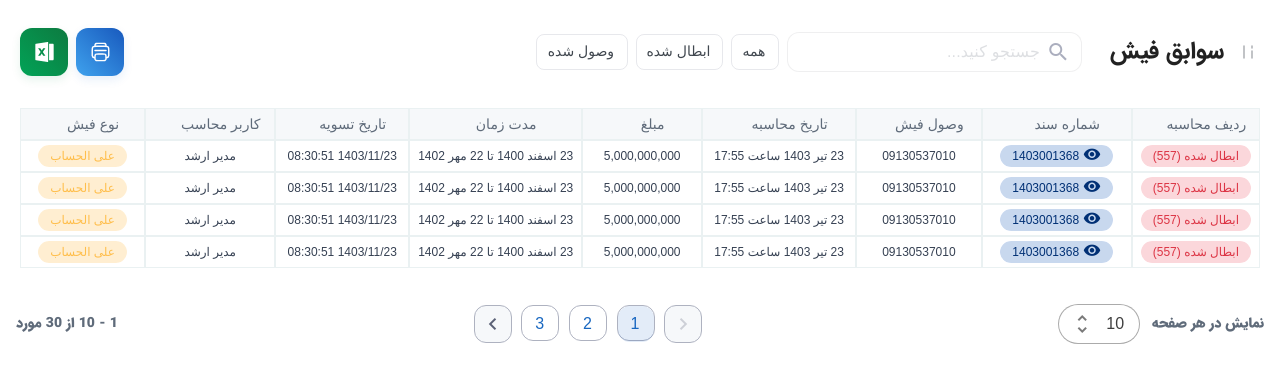
Repository: mobinazarein/data-table
Page: /
An editor plug-in stored every save of this project. The page is shown before and after the next save, followed by the edit.
The browser window is 1280 px wide. The pictures show the whole page.
Some web fonts or font styles are not loaded; a fallback is used. The project was rebuilt for these pictures with package versions that can differ from the ones it lists, and the page was loaded fresh each time. Also part of the build but not shown: vue.config.js.

Above is the page before, as saved 2025-03-26 10:14:21.

### public/index.html
<!DOCTYPE html>
<html lang="en" dir="rtl">
  <head>
    <meta charset="utf-8">
    <meta http-equiv="X-UA-Compatible" content="IE=edge">
    <meta name="viewport" content="width=device-width,initial-scale=1.0">
    <link rel="icon" href="<%= BASE_URL %>favicon.ico">
    <title><%= htmlWebpackPlugin.options.title %></title>
  </head>
  <body>
    <noscript>
      <strong>We're sorry but <%= htmlWebpackPlugin.options.title %> doesn't
        work properly without JavaScript enabled. Please enable it to
        continue.</strong>
    </noscript>
    <div id="app"></div>
    <!-- built files will be auto injected -->
  </body>
</html>

### src/App.vue
<template>
  <v-app dir="rtl">
    <v-locale-provider :rtl="true">
      <div dir="rtl">
        <DataTable :headers="pageData.headers" :items="pageData.items" :showExportButtons="true" :itemsPerPage="20"
          :showSearchBtn="true" :items-per-page="10" :customStyles="[
            { key: 'row', bgColor: '#FFEEF0', textColor: '#DC3545' },
            { key: 'documentNumber', bgColor: '#E4EFFF', textColor: '#013075', icon: 'mdi-eye', iconColor: '#013075', iconSize: '18px' },
            { key: 'receiptType', bgColor: '#FFBE4C26', textColor: '#FFBE4C' }
          ]" title="سوابق فیش" :iconComponent="PauseIcon"
          :iconList="[PaginationIcon, EyeIcon, InvoiceIcon, CircleCross, FilterIcon]" />
      </div>
    </v-locale-provider>
  </v-app>
</template>

<script setup>
import DataTable from './components/DataTable.vue';
import PauseIcon from './assets/Icons/PauseIcon.vue'
import { ref } from 'vue';
const pageData = ref({
  headers: [
    { title: 'ردیف محاسبه', key: 'row', align: 'center', sortable: true, width: '121px' },
    { title: 'شماره سند', key: 'documentNumber', align: 'center', sortable: true, width: '165px' },
    { title: 'وصول فیش', key: 'receiptStatus', align: 'center', sortable: true, width: '139px' },
    { title: 'تاریخ محاسبه', key: 'calculationDate', align: 'center', sortable: true, width: '159px' },
    { title: 'مبلغ', key: 'amount', align: 'center', sortable: true, width: '139px' },
    { title: 'مدت زمان', key: 'duration', align: 'center', sortable: true, width: '165px' },
    { title: 'تاریخ تسویه', key: 'settlementDate', align: 'center', sortable: true, width: '139px' },
    { title: 'کاربر محاسب', key: 'user', align: 'center', sortable: true, width: '139px' },
    { title: 'نوع فیش', key: 'receiptType', align: 'center', sortable: true, width: '139px' }
  ],
  items: [
    {
      row: 'ابطال شده (557)',
      documentNumber: '1403001368',
      receiptStatus: '09130537010',
      calculationDate: '23 تیر 1403 ساعت 17:55',
      amount: '5,000,000,000',
      duration: '23 اسفند 1400 تا 22 مهر 1402',
      settlementDate: '1403/11/23 08:30:51',
      user: 'مدیر ارشد',
      receiptType: 'علی الحساب'
    },
    {
      row: 'ابطال شده (557)',
      documentNumber: '1403001368',
      receiptStatus: '09130537010',
      calculationDate: '23 تیر 1403 ساعت 17:55',
      amount: '5,000,000,000',
      duration: '23 اسفند 1400 تا 22 مهر 1402',
      settlementDate: '1403/11/23 08:30:51',
      user: 'مدیر ارشد',
      receiptType: 'علی الحساب'
    },
    {
      row: 'ابطال شده (557)',
      documentNumber: '1403001368',
      receiptStatus: '09130537010',
      calculationDate: '23 تیر 1403 ساعت 17:55',
      amount: '5,000,000,000',
      duration: '23 اسفند 1400 تا 22 مهر 1402',
      settlementDate: '1403/11/23 08:30:51',
      user: 'مدیر ارشد',
      receiptType: 'علی الحساب'
    }, {
      row: 'ابطال شده (557)',
      documentNumber: '1403001368',
      receiptStatus: '09130537010',
      calculationDate: '23 تیر 1403 ساعت 17:55',
      amount: '5,000,000,000',
      duration: '23 اسفند 1400 تا 22 مهر 1402',
      settlementDate: '1403/11/23 08:30:51',
      user: 'مدیر ارشد',
      receiptType: 'علی الحساب'
    }
  ]
}).value;
</script>
<style>
body {
  font-family: "IRANSans", sans-serif;
}
</style>

### src/assets/base.scss
// @import "./styles/fonts";

*,
*::before,
*::after {
  box-sizing: border-box;
  margin: 0;
  font-weight: normal;
  font-family: "IRANSans", sans-serif;
  letter-spacing: 0;
}

body {
  font-family: "IRANSans", sans-serif !important;
}
h1,
h2 {
  font-family: "IRANSans", sans-serif;
  font-weight: 700;
}
p {
  font-family: "IRANSans", sans-serif;
  font-weight: 400;
}

### src/assets/Icons/PauseIcon.vue
<template>
    <svg width="24" height="24" viewBox="0 0 24 24" fill="none" xmlns="http://www.w3.org/2000/svg">
        <path d="M8 6V18M16 6V8M16 18V11" stroke="#ADB0B4" stroke-width="1.5" stroke-linecap="round"
            stroke-linejoin="round" />
    </svg>
</template>

### src/assets/styles/_fonts.scss
@font-face {
  font-family: "IRANSans";
  src: url("/public/fonts/IRANSans.woff2") format("woff2");
  font-weight: 400;
  font-style: normal;
  font-display: swap;
}

@font-face {
  font-family: "IRANSans";
  src: url("/public/fonts/IRANSans_Black.woff2") format("woff2");
  font-weight: 500;
  font-style: normal;
  font-display: swap;
}

@font-face {
  font-family: "IRANSans";
  src: url("/public/fonts/IRANSans_Bold.woff2") format("woff2");
  font-weight: 800;
  font-style: normal;
  font-display: swap;
}

### src/assets/Icons/PaginationIcon.vue
<template>
    <svg width="36" height="48" viewBox="0 0 36 48" fill="none" xmlns="http://www.w3.org/2000/svg">
<path d="M9.79481 19.4529V28.5469M9.79481 28.5469L14.3418 23.9999M9.79481 28.5469L5.2478 23.9999" stroke="#969CA6" stroke-width="1.29915" stroke-linecap="round" stroke-linejoin="round"/>
<path d="M16.7693 28.9231H21.6924V27.282H16.7693V28.9231ZM16.7693 19.0769V20.7179H31.5385V19.0769H16.7693ZM16.7693 24.8205H26.6154V23.1795H16.7693V24.8205Z" fill="#969CA6"/>
</svg>
</template>

### src/assets/Icons/EyeIcon.vue
<template>
    <svg width="37" height="48" viewBox="0 0 37 48" fill="none" xmlns="http://www.w3.org/2000/svg">
<path d="M18.5 17.5833C21.4713 17.5833 24.0781 19.7396 25.7446 21.5522C26.4843 22.3568 26.8542 22.7591 26.979 23.5925C27.0096 23.7966 27.0096 24.2033 26.979 24.4073C26.8542 25.2407 26.4843 25.643 25.7446 26.4477C24.0781 28.2603 21.4713 30.4166 18.5 30.4166C15.5288 30.4166 12.922 28.2603 11.2555 26.4477C10.5158 25.643 10.1459 25.2407 10.0211 24.4073C9.99049 24.2033 9.99049 23.7966 10.0211 23.5925C10.1459 22.7591 10.5158 22.3568 11.2555 21.5522C12.922 19.7396 15.5288 17.5833 18.5 17.5833Z" stroke="#969CA6" stroke-width="1.375" stroke-linejoin="round"/>
<path d="M21.25 24C21.25 25.5188 20.0188 26.75 18.5 26.75C16.9812 26.75 15.75 25.5188 15.75 24C15.75 22.4812 16.9812 21.25 18.5 21.25C20.0188 21.25 21.25 22.4812 21.25 24Z" stroke="#969CA6" stroke-width="1.375" stroke-linejoin="round"/>
</svg>
</template>

### src/assets/Icons/InvoiceIcon.vue
<template>
    <svg width="35" height="48" viewBox="0 0 35 48" fill="none" xmlns="http://www.w3.org/2000/svg">
<path d="M26.6666 26.1999H23.9166V27.2999H26.6666V26.1999ZM23.9166 26.1999H23.4583V27.2999H23.9166V26.1999ZM23.4583 30.0499H24.375V28.9499H23.4583V30.0499ZM24.375 31.6999H23.9166V32.7999H24.375V31.6999ZM23.9166 31.6999H21.1666V32.7999H23.9166V31.6999ZM25.2 30.8749C25.2 31.3306 24.8306 31.6999 24.375 31.6999V32.7999C25.4381 32.7999 26.3 31.9381 26.3 30.8749H25.2ZM24.375 30.0499C24.8306 30.0499 25.2 30.4193 25.2 30.8749H26.3C26.3 29.8118 25.4381 28.9499 24.375 28.9499V30.0499ZM21.5333 28.1249C21.5333 29.1881 22.3951 30.0499 23.4583 30.0499V28.9499C23.0027 28.9499 22.6333 28.5806 22.6333 28.1249H21.5333ZM23.4583 26.1999C22.3951 26.1999 21.5333 27.0618 21.5333 28.1249H22.6333C22.6333 27.6693 23.0027 27.2999 23.4583 27.2999V26.1999ZM24.4666 26.7499V24.9166H23.3666V26.7499H24.4666ZM23.3666 32.2499V34.0833H24.4666V32.2499H23.3666ZM13.8333 15.3833H21.1666V14.2833H13.8333V15.3833ZM19.3333 32.6166H13.8333V33.7166H19.3333V32.6166ZM10.7166 29.4999V18.4999H9.61663V29.4999H10.7166ZM13.8333 32.6166C12.9535 32.6166 12.349 32.6154 11.8949 32.5544C11.4567 32.4954 11.2418 32.39 11.0925 32.2407L10.3147 33.0185C10.7024 33.4062 11.1881 33.5692 11.7483 33.6446C12.2928 33.7178 12.9846 33.7166 13.8333 33.7166V32.6166ZM9.61663 29.4999C9.61663 30.3486 9.61546 31.0405 9.68865 31.5849C9.76397 32.1451 9.92698 32.6308 10.3147 33.0185L11.0925 32.2407C10.9432 32.0914 10.8378 31.8766 10.7788 31.4383C10.7178 30.9842 10.7166 30.3797 10.7166 29.4999H9.61663ZM21.1666 15.3833C22.0464 15.3833 22.6509 15.3844 23.105 15.4455C23.5433 15.5044 23.7582 15.6099 23.9074 15.7591L24.6852 14.9813C24.2975 14.5936 23.8118 14.4306 23.2516 14.3553C22.7072 14.2821 22.0153 14.2833 21.1666 14.2833V15.3833ZM25.3833 18.4999C25.3833 17.6512 25.3845 16.9594 25.3113 16.415C25.2359 15.8547 25.0729 15.369 24.6852 14.9813L23.9074 15.7591C24.0567 15.9084 24.1622 16.1233 24.2211 16.5615C24.2821 17.0156 24.2833 17.6201 24.2833 18.4999H25.3833ZM13.8333 14.2833C12.9846 14.2833 12.2928 14.2821 11.7483 14.3553C11.1881 14.4306 10.7024 14.5936 10.3147 14.9813L11.0925 15.7591C11.2418 15.6099 11.4567 15.5044 11.8949 15.4455C12.349 15.3844 12.9535 15.3833 13.8333 15.3833V14.2833ZM10.7166 18.4999C10.7166 17.6201 10.7178 17.0156 10.7788 16.5615C10.8378 16.1233 10.9432 15.9084 11.0925 15.7591L10.3147 14.9813C9.92698 15.369 9.76397 15.8547 9.68865 16.415C9.61546 16.9594 9.61663 17.6512 9.61663 18.4999H10.7166ZM24.2833 18.4999V23.0833H25.3833V18.4999H24.2833ZM12.9166 19.0499H20.25V17.9499H12.9166V19.0499ZM12.9166 22.7166H20.25V21.6166H12.9166V22.7166ZM12.9166 26.3833H18.4166V25.2833H12.9166V26.3833Z" fill="#969CA6"/>
</svg>
</template>

### src/assets/Icons/CircleCross.vue
<template>
    <svg width="22" height="22" viewBox="0 0 21 20" fill="none" xmlns="http://www.w3.org/2000/svg">
        <path
            d="M7.90736 7.40719L13.0928 12.5926M13.0927 7.40719L7.90726 12.5926M19.6667 9.99992C19.6667 15.0625 15.5627 19.1666 10.5 19.1666C5.43743 19.1666 1.33337 15.0625 1.33337 9.99992C1.33337 4.93731 5.43743 0.833252 10.5 0.833252C15.5627 0.833252 19.6667 4.93731 19.6667 9.99992Z"
            stroke="#969CA6" stroke-width="1.1" />
    </svg>
</template>

### src/assets/Icons/FilterIcon.vue
<template>
    <svg width="20" height="20" viewBox="0 0 20 20" fill="none" xmlns="http://www.w3.org/2000/svg">
<path d="M5.90159 5.07682H14.1067L9.99595 10.246L5.90159 5.07682ZM3.64518 4.75682C5.30262 6.88194 8.36313 10.8204 8.36313 10.8204V15.7435C8.36313 16.1948 8.73236 16.564 9.18364 16.564H10.8247C11.276 16.564 11.6452 16.1948 11.6452 15.7435V10.8204C11.6452 10.8204 14.6975 6.88194 16.3549 4.75682C16.7734 4.21528 16.3877 3.43579 15.7067 3.43579H4.29339C3.61236 3.43579 3.22672 4.21528 3.64518 4.75682Z" fill="#969CA6"/>
</svg>
</template>

### src/assets/Icons/PrinterIcon.vue
<template>
    <svg
      width="23"
      height="24"
      viewBox="0 0 23 24"
      fill="none"
      xmlns="http://www.w3.org/2000/svg"
      :style="{ color: iconColor }"
    >
      <path
        d="M6 10.5641H17M6 17.7447V17.7447C5.66891 17.7447 5.50337 17.7447 5.36418 17.7283C4.26359 17.599 3.39569 16.7311 3.26636 15.6305C3.25 15.4913 3.25 15.3257 3.25 14.9947V10.5641C3.25 8.76909 3.25 7.87158 3.70712 7.24241C3.85475 7.03921 4.03345 6.86052 4.23664 6.71289C4.86582 6.25577 5.76332 6.25577 7.55833 6.25577H15.4417C17.2367 6.25577 18.1342 6.25577 18.7634 6.71289C18.9666 6.86052 19.1452 7.03921 19.2929 7.24241C19.75 7.87158 19.75 8.76909 19.75 10.5641V14.9947C19.75 15.3257 19.75 15.4913 19.7336 15.6305C19.6043 16.7311 18.7364 17.599 17.6358 17.7283C17.4966 17.7447 17.3311 17.7447 17 17.7447V17.7447M6 17.7447V17.7447C6 18.6368 6 19.0829 6.14576 19.4348C6.3401 19.904 6.71286 20.2768 7.18205 20.4711C7.53393 20.6169 7.98003 20.6169 8.87222 20.6169H14.1278C15.02 20.6169 15.4661 20.6169 15.818 20.4711C16.2871 20.2768 16.6599 19.904 16.8542 19.4348C17 19.0829 17 18.6368 17 17.7447V17.7447M6 17.7447V17.3617C6 15.9257 6 15.2077 6.3657 14.7043C6.4838 14.5418 6.62676 14.3988 6.78931 14.2807C7.29265 13.915 8.01066 13.915 9.44667 13.915H13.5533C14.9893 13.915 15.7073 13.915 16.2107 14.2807C16.3732 14.3988 16.5162 14.5418 16.6343 14.7043C17 15.2077 17 15.9257 17 17.3617V17.7447M17 6.25577V6.25577C17 5.36358 17 4.91748 16.8542 4.56559C16.6599 4.09641 16.2871 3.72364 15.818 3.5293C15.4661 3.38354 15.02 3.38354 14.1278 3.38354H8.87222C7.98003 3.38354 7.53393 3.38354 7.18205 3.5293C6.71286 3.72364 6.3401 4.09641 6.14576 4.56559C6 4.91748 6 5.36358 6 6.25577V6.25577H17Z"
        stroke="currentColor"
        stroke-width="1.43611"
        stroke-linecap="round"
        stroke-linejoin="round"
      />
    </svg>
  </template>

  <script setup>
  import { defineProps } from 'vue';

  defineProps({
    iconColor: {
      type: String,
      default: 'white',
    },
  });
  </script>

### src/assets/Icons/ExcelIcon.vue
<template>
    <svg
      width="23"
      height="22"
      viewBox="0 0 23 22"
      fill="none"
      xmlns="http://www.w3.org/2000/svg"
      :style="{ color: iconColor }"
    >
      <g clip-path="url(#clip0_397_6997)">
        <path
          d="M3.12085 2.63712L14.6434 0.991705C14.7084 0.982376 14.7747 0.987136 14.8377 1.00566C14.9007 1.02419 14.959 1.05604 15.0087 1.09908C15.0583 1.14211 15.0981 1.19531 15.1254 1.25507C15.1527 1.31483 15.1668 1.37976 15.1668 1.44546V20.5543C15.1668 20.6199 15.1527 20.6847 15.1254 20.7444C15.0982 20.8041 15.0585 20.8573 15.009 20.9003C14.9594 20.9433 14.9012 20.9752 14.8383 20.9938C14.7754 21.0124 14.7092 21.0172 14.6443 21.008L3.11994 19.3626C2.90142 19.3315 2.70147 19.2226 2.55682 19.0559C2.41216 18.8892 2.33252 18.6758 2.33252 18.4551V3.54462C2.33252 3.3239 2.41216 3.11059 2.55682 2.94388C2.70147 2.77716 2.90234 2.66824 3.12085 2.63712ZM16.0834 2.74987H19.7501C19.9932 2.74987 20.2264 2.84645 20.3983 3.01836C20.5702 3.19027 20.6668 3.42342 20.6668 3.66654V18.3332C20.6668 18.5763 20.5702 18.8095 20.3983 18.9814C20.2264 19.1533 19.9932 19.2499 19.7501 19.2499H16.0834V2.74987ZM9.8501 10.9999L12.4168 7.33321H10.2168L8.7501 9.42871L7.28344 7.33321H5.08344L7.6501 10.9999L5.08344 14.6665H7.28344L8.7501 12.571L10.2168 14.6665H12.4168L9.8501 10.9999Z"
          fill="currentColor"
        />
      </g>
      <defs>
        <clipPath id="clip0_397_6997">
          <rect width="22" height="22" fill="white" transform="translate(0.5)" />
        </clipPath>
      </defs>
    </svg>
  </template>

  <script setup>
  import { defineProps } from 'vue';

  defineProps({
    iconColor: {
      type: String,
      default: 'white',
    },
  });
  </script>

Loaded but not shown: src/plugins/vuetify.js (17 lines, source omitted); src/main.js (9 lines, source omitted); src/components/DataTable.vue (439 lines, source omitted)

After the next save:
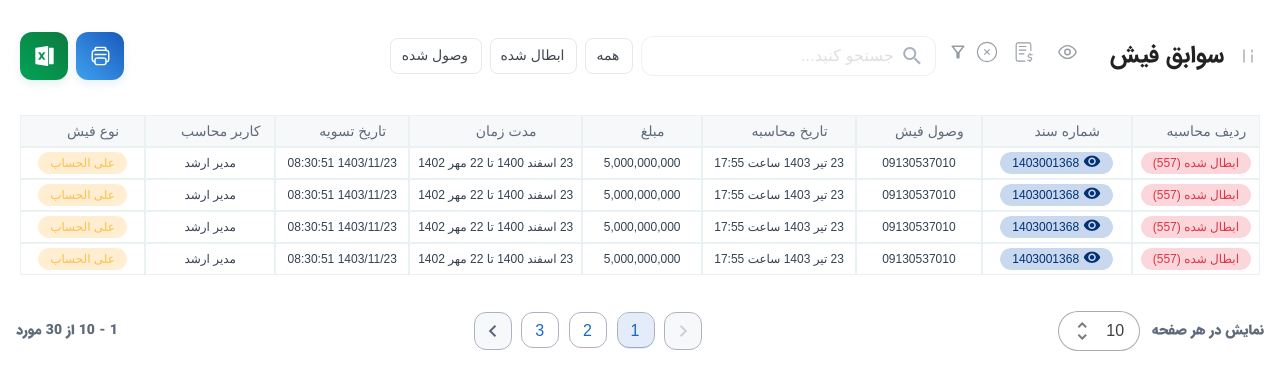
Saved 22 s later.
--- a/src/App.vue
+++ b/src/App.vue
@@ -16,7 +16,13 @@
 
 <script setup>
 import DataTable from './components/DataTable.vue';
-import PauseIcon from './assets/Icons/PauseIcon.vue'
+import PauseIcon from './assets/Icons/PauseIcon.vue';
+import EyeIcon from '@/assets/Icons/EyeIcon.vue';
+import InvoiceIcon from '@/assets/Icons/InvoiceIcon.vue';
+import CircleCross from '@/assets/Icons/CircleCross.vue';
+import FilterIcon from '@/assets/Icons/FilterIcon.vue';
+import PrinterIcon from '@/assets/Icons/PrinterIcon.vue';
+import ExcelIcon from '@/assets/Icons/ExcelIcon.vue';
 import { ref } from 'vue';
 const pageData = ref({
   headers: [
